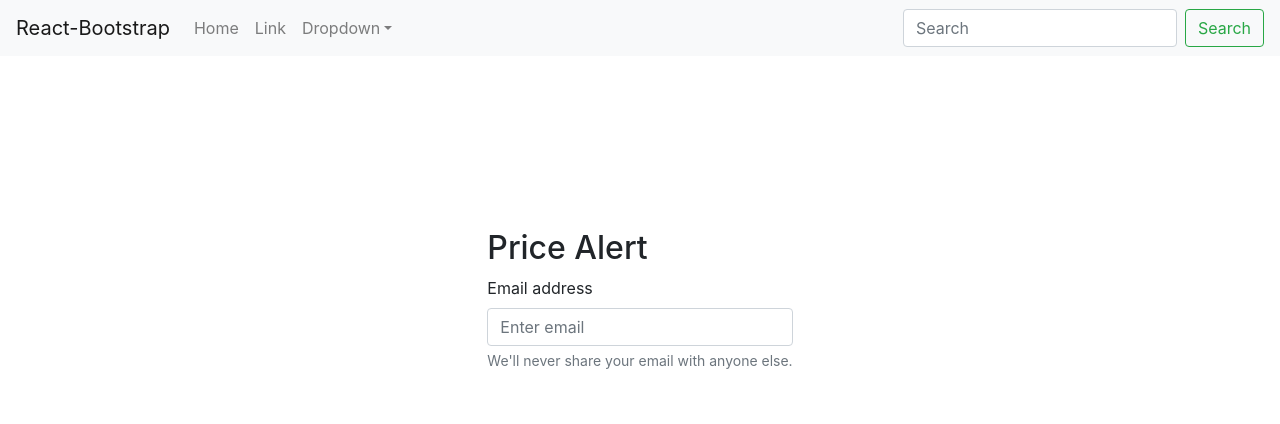
Repository: flychicken123/PriceAlertFront
Page: /
An editor plug-in stored every save of this project. The page is shown before and after a run of saves, followed by the edit.
The browser window is 1280 px wide. The pictures show the whole page.
The project was rebuilt for these pictures with package versions that can differ from the ones it lists, and the page was loaded fresh each time. Also part of the build but not shown: src/App.css.

Above is the page before, as saved 2021-03-05 17:12:43.

### public/index.html
<!DOCTYPE html>
<html lang="en">
  <head>
    <meta charset="utf-8" />
    <link rel="icon" href="%PUBLIC_URL%/favicon.ico" />
    <meta name="viewport" content="width=device-width, initial-scale=1" />
    <meta name="theme-color" content="#000000" />
    <meta
      name="description"
      content="Web site created using create-react-app"
    />
    <link rel="apple-touch-icon" href="%PUBLIC_URL%/logo192.png" />
    <!--
      manifest.json provides metadata used when your web app is installed on a
      user's mobile device or desktop. See https://developers.google.com/web/fundamentals/web-app-manifest/
    -->
    <link rel="manifest" href="%PUBLIC_URL%/manifest.json" />
    <link
  rel="stylesheet"
  href="https://cdn.jsdelivr.net/npm/bootstrap@4.6.0/dist/css/bootstrap.min.css"
  integrity="sha384-B0vP5xmATw1+K9KRQjQERJvTumQW0nPEzvF6L/Z6nronJ3oUOFUFpCjEUQouq2+l"
  crossorigin="anonymous"
/>
    <!--
      Notice the use of %PUBLIC_URL% in the tags above.
      It will be replaced with the URL of the `public` folder during the build.
      Only files inside the `public` folder can be referenced from the HTML.

      Unlike "/favicon.ico" or "favicon.ico", "%PUBLIC_URL%/favicon.ico" will
      work correctly both with client-side routing and a non-root public URL.
      Learn how to configure a non-root public URL by running `npm run build`.
    -->
    <title>React App</title>
  </head>
  <body>
    <noscript>You need to enable JavaScript to run this app.</noscript>
    <div id="root"></div>
    <!--
      This HTML file is a template.
      If you open it directly in the browser, you will see an empty page.

      You can add webfonts, meta tags, or analytics to this file.
      The build step will place the bundled scripts into the <body> tag.

      To begin the development, run `npm start` or `yarn start`.
      To create a production bundle, use `npm run build` or `yarn build`.
    -->
  </body>
</html>

### src/App.js
import logo from './logo.svg';
import './App.css';
import { BrowserRouter as Router, Switch, Route } from 'react-router-dom';
import TopNavbar from './components/TopNavbar';
import Home from './components/Home.jsx';
const App = () => {
  return (
    <Router>
      <TopNavbar />
      <Switch>
        <Route path='/' component={Home} />
      </Switch>
    </Router>
  )
}

export default App;

### src/components/TopNavbar.jsx
import React, { Component } from 'react';
import { Button, Navbar, Nav, NavDropdown, Form, FormControl } from "react-bootstrap";
const TopNavbar = () => {
    return (
        <Navbar bg="light" expand="lg">
            <Navbar.Brand href="#home">React-Bootstrap</Navbar.Brand>
            <Navbar.Toggle aria-controls="basic-navbar-nav" />
            <Navbar.Collapse id="basic-navbar-nav">
                <Nav className="mr-auto">
                    <Nav.Link href="#home">Home</Nav.Link>
                    <Nav.Link href="#link">Link</Nav.Link>
                    <NavDropdown title="Dropdown" id="basic-nav-dropdown">
                        <NavDropdown.Item href="#action/3.1">Action</NavDropdown.Item>
                        <NavDropdown.Item href="#action/3.2">Another action</NavDropdown.Item>
                        <NavDropdown.Item href="#action/3.3">Something</NavDropdown.Item>
                        <NavDropdown.Divider />
                        <NavDropdown.Item href="#action/3.4">Separated link</NavDropdown.Item>
                    </NavDropdown>
                </Nav>
                <Form inline>
                    <FormControl type="text" placeholder="Search" className="mr-sm-2" />
                    <Button variant="outline-success">Search</Button>
                </Form>
            </Navbar.Collapse>
        </Navbar>
    )
};
export default TopNavbar

### src/components/Home.jsx
import React, { Component } from 'react';
import { Form, Card, Row, Col } from 'react-bootstrap';
const Home = () => {
    return (
        <div className='mainControl'>
            <container>
                <div style={{ display: 'flex', justifyContent: 'center', alignItems: 'center', height: '70vh' }}>
                    <Form>
                        <h2>Price Alert</h2>
                        <Form.Group controlId="formBasicEmail">
                            <Form.Label>Email address</Form.Label>
                            <Form.Control type="email" placeholder="Enter email" />
                            <Form.Text className="text-muted">
                                We'll never share your email with anyone else.
                             </Form.Text>
                        </Form.Group>
                        <Form.Group controlId="coinType">

                        </Form.Group>
                    </Form>

                </div>
            </container>
        </div>
    )
}
export default Home;

Loaded but not shown: src/index.js (common file); src/index.css (common file); src/reportWebVitals.js (common file)

After the next 2 saves:
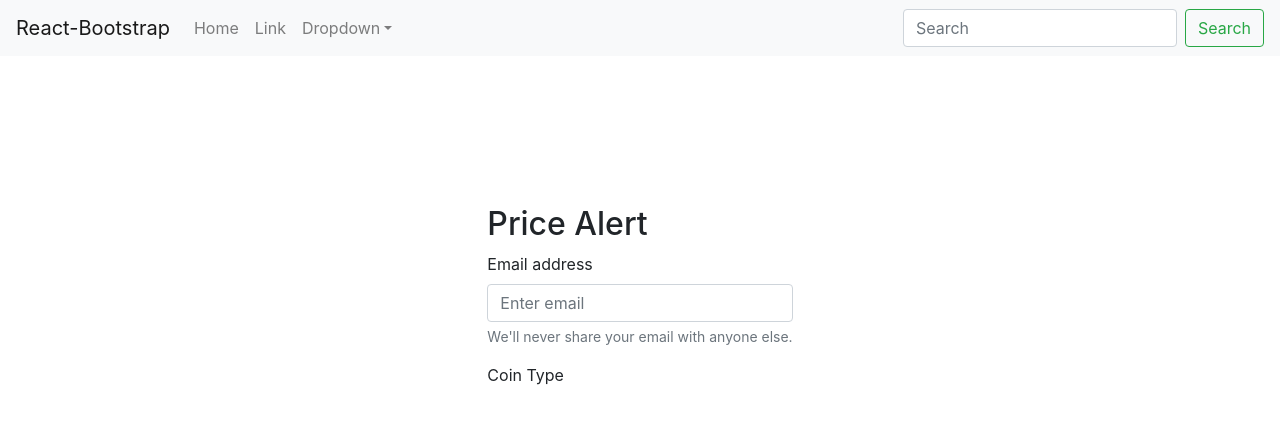
The 2 saves are shown as one change because 1 did not build or start.
The last was saved 13 min 26 s later.
--- a/src/components/Home.jsx
+++ b/src/components/Home.jsx
@@ -15,6 +15,7 @@ const Home = () => {
                              </Form.Text>
                         </Form.Group>
                         <Form.Group controlId="coinType">
+                            <Form.Label>Coin Type</Form.Label>
 
                         </Form.Group>
                     </Form>
